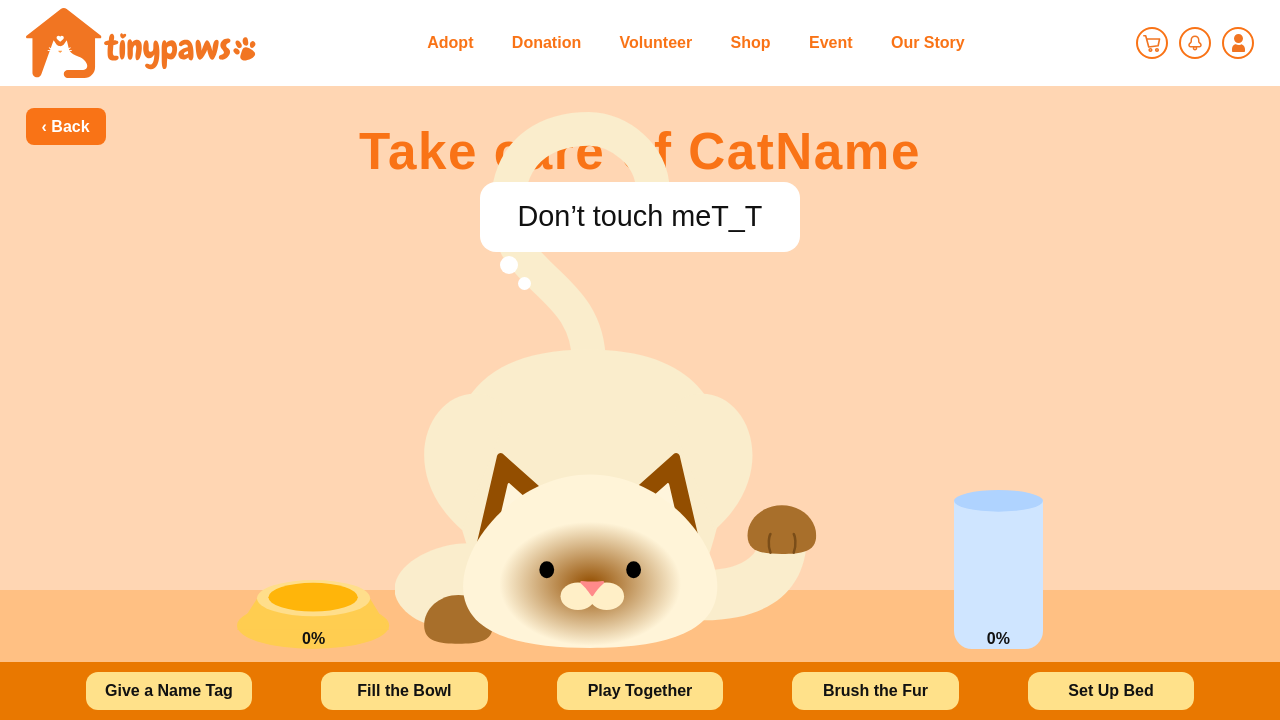
Repository: LShuyanLi/TinyPaws
Page: /, after clicking the first element matching `div > div`
An editor plug-in stored every save of this project. The page is shown before and after the next save, followed by the edit.
The browser window is 1280 px wide. The pictures show the whole page.
The project was rebuilt for these pictures with package versions that can differ from the ones it lists, and the page was loaded fresh each time. The framework's server and built-in components were replaced by stand-ins that run in the browser. Also part of the build but not shown: next.config.mjs.

Above is the page before, as saved 2026-05-09 23:44:06.

After the next save:
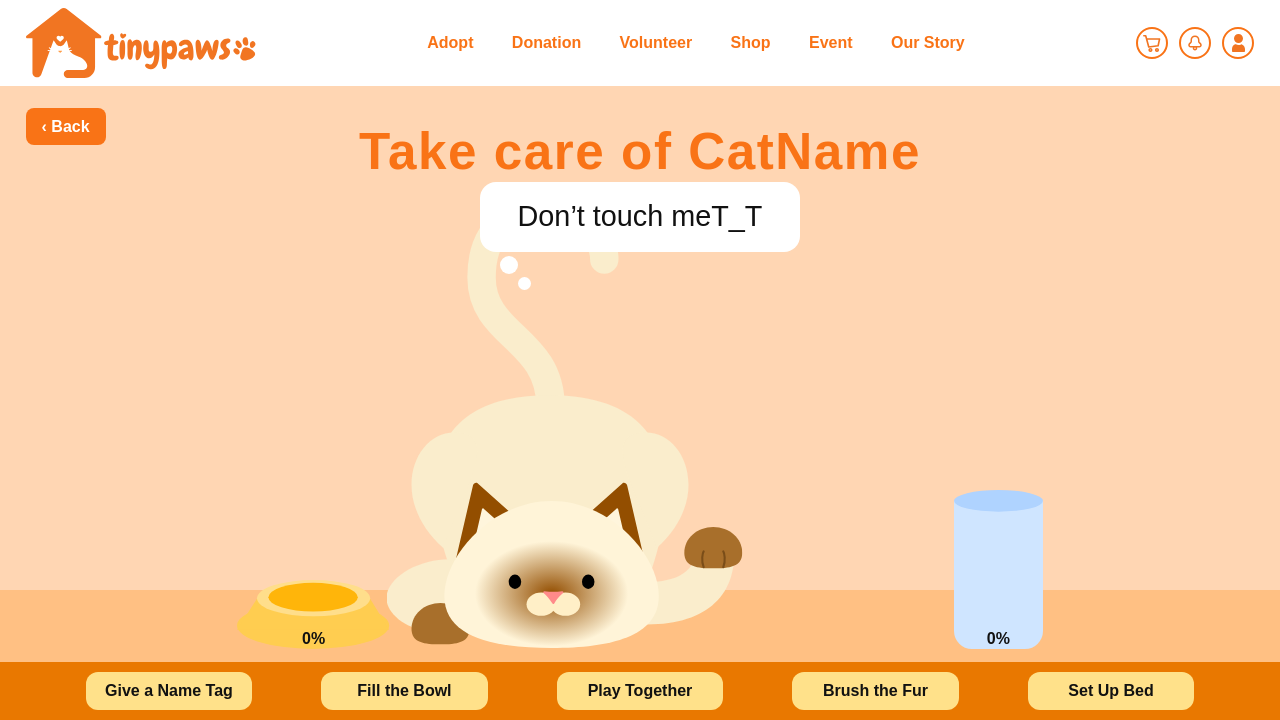
Saved 34 s later.
--- a/components/shared/CatDisplay.jsx
+++ b/components/shared/CatDisplay.jsx
@@ -8,8 +8,8 @@ export default function CatDisplay({
   let catImage = "/cat-1.svg";
 
   let catStyle = {
-    width: "65%",
-    height: "65%",
+    width: "55%",
+    height: "55%",
     objectFit: "contain",
     position: "absolute",
     bottom: "0px",
